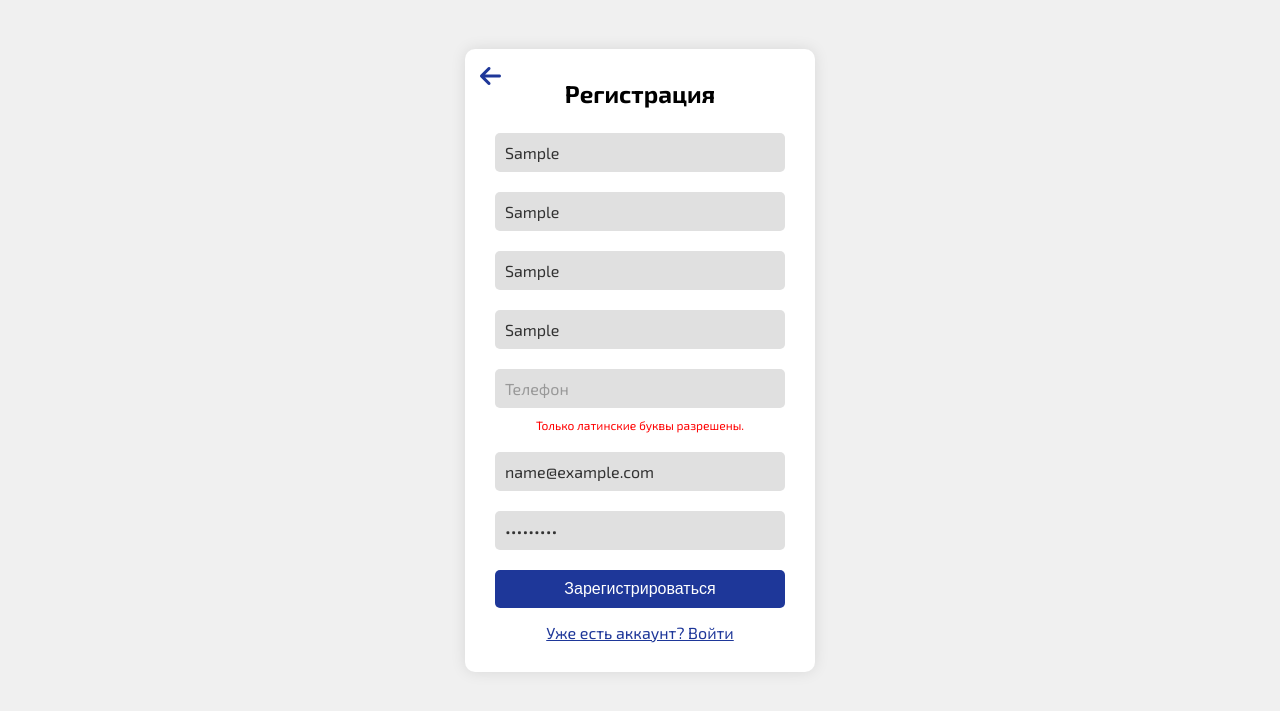
Repository: MaratLK/PLKFrontend
Page: LogReg.html
The author's editor kept a copy of each file at every save. The page is drawn from the files as they stood at one save, then again after the next save.
The browser window is 1280 px wide. The pictures show the whole page.
Empty fields were first filled with sample values (such as "Sample", 5 or name@example.com).
After loading, the first visible `#phoneNumber` was changed once.

Above is the page before, as saved 2024-08-07 22:48:41.

After the next save:
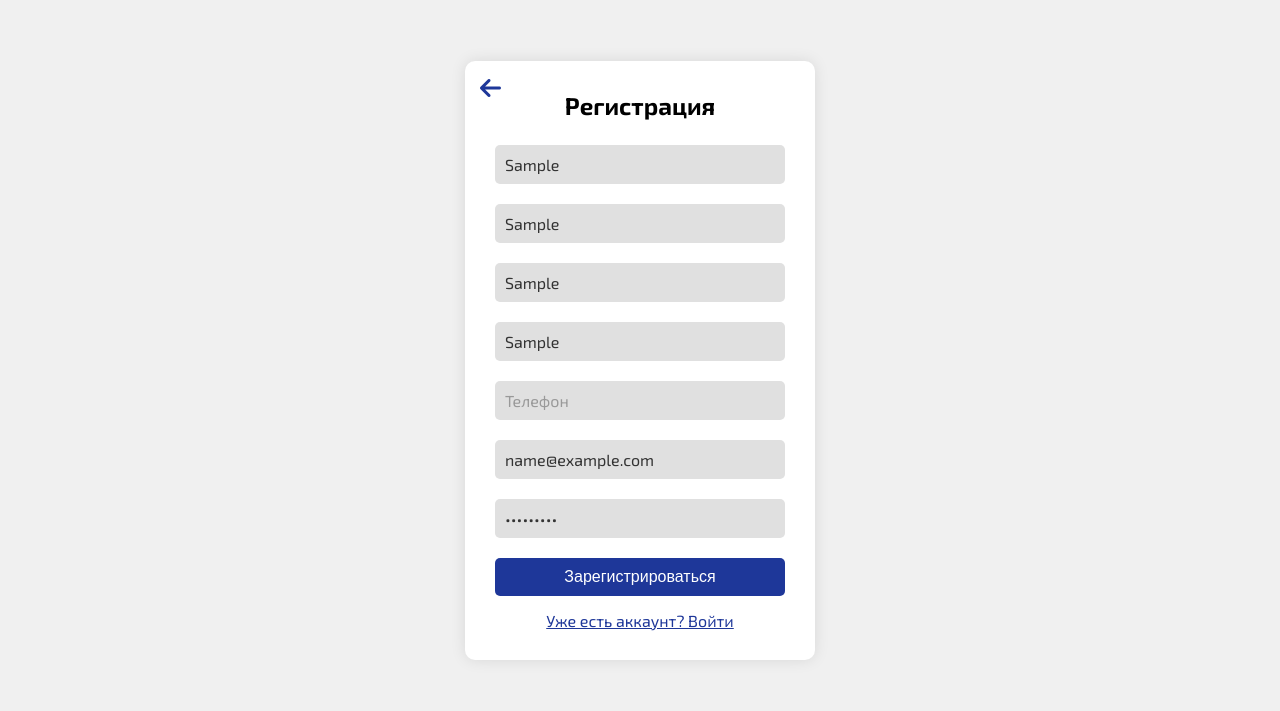
Saved 48 s later.
--- a/Validation.js
+++ b/Validation.js
@@ -1,13 +1,8 @@
 document.addEventListener('DOMContentLoaded', function () {
     const phoneNumberInput = document.getElementById('phoneNumber');
-    const emailInput = document.getElementById('email');
-    const passwordInput = document.getElementById('password');
-    const textInputs = document.querySelectorAll('input[type="text"]');
-    const errorMessages = document.querySelectorAll('.error-message');
 
-    // Удаляем все не-цифровые символы из номера телефона
     phoneNumberInput.addEventListener('input', function (event) {
-      let input = event.target.value.replace(/\D/g, '');
+      let input = event.target.value.replace(/\D/g, ''); // Удалить все не-цифровые символы
       let formattedInput = '';
 
       if (input.length > 0) {
@@ -26,62 +21,32 @@ document.addEventListener('DOMContentLoaded', function () {
         formattedInput += '-' + input.substring(9, 11);
       }
 
-      event.target.value = formattedInput;
+      event.target.value = formattedInput; // Присвоим отформатированный ввод
     });
 
-    // Валидация текстовых полей
-    textInputs.forEach(input => {
-      input.addEventListener('input', function () {
-        const value = input.value;
-        const regex = /^[a-zA-Z\s]+$/;
-        const errorMessage = input.nextElementSibling;
+    phoneNumberInput.addEventListener('keydown', function (event) {
+      // Позволяет удалять скобки и тире
+      if (event.key === 'Backspace' || event.key === 'Delete') {
+        let start = phoneNumberInput.selectionStart;
+        let end = phoneNumberInput.selectionEnd;
 
-        if (!regex.test(value)) {
-          input.classList.add('invalid');
-          input.classList.remove('valid');
-          errorMessage.textContent = 'Только латинские буквы разрешены.';
-          errorMessage.style.display = 'block';
-        } else {
-          input.classList.remove('invalid');
-          input.classList.add('valid');
-          errorMessage.style.display = 'none';
+        if (start === end) {
+          if (event.key === 'Backspace' && start > 0) {
+            start--;
+          } else if (event.key === 'Delete' && start < phoneNumberInput.value.length) {
+            end++;
+          }
         }
-      });
-    });
 
-    // Валидация email
-    emailInput.addEventListener('input', function () {
-      const value = emailInput.value;
-      const errorMessage = emailInput.nextElementSibling;
-      const regex = /^[^\s@]+@[^\s@]+\.[^\s@]+$/;
+        let newValue = phoneNumberInput.value.slice(0, start) + phoneNumberInput.value.slice(end);
+        newValue = newValue.replace(/\D/g, ''); // Удалить все не-цифровые символы
 
-      if (!regex.test(value)) {
-        emailInput.classList.add('invalid');
-        emailInput.classList.remove('valid');
-        errorMessage.textContent = 'Введите правильный email адрес.';
-        errorMessage.style.display = 'block';
-      } else {
-        emailInput.classList.remove('invalid');
-        emailInput.classList.add('valid');
-        errorMessage.style.display = 'none';
+        phoneNumberInput.value = newValue;
+        event.preventDefault(); // Предотвратить стандартное действие браузера
+        phoneNumberInput.dispatchEvent(new Event('input')); // Запустить событие input для повторного форматирования
+        phoneNumberInput.setSelectionRange(start, start); // Установить курсор на правильное место
       }
     });
 
-    // Валидация пароля
-    passwordInput.addEventListener('input', function () {
-      const value = passwordInput.value;
-      const errorMessage = passwordInput.nextElementSibling;
-      const regex = /^(?=.*[a-z])(?=.*[A-Z])(?=.*\d).{8,}$/;
 
-      if (!regex.test(value)) {
-        passwordInput.classList.add('invalid');
-        passwordInput.classList.remove('valid');
-        errorMessage.textContent = 'Пароль должен содержать минимум 8 символов, включая одну заглавную букву, одну строчную букву и одну цифру.';
-        errorMessage.style.display = 'block';
-      } else {
-        passwordInput.classList.remove('invalid');
-        passwordInput.classList.add('valid');
-        errorMessage.style.display = 'none';
-      }
-    });
   });
